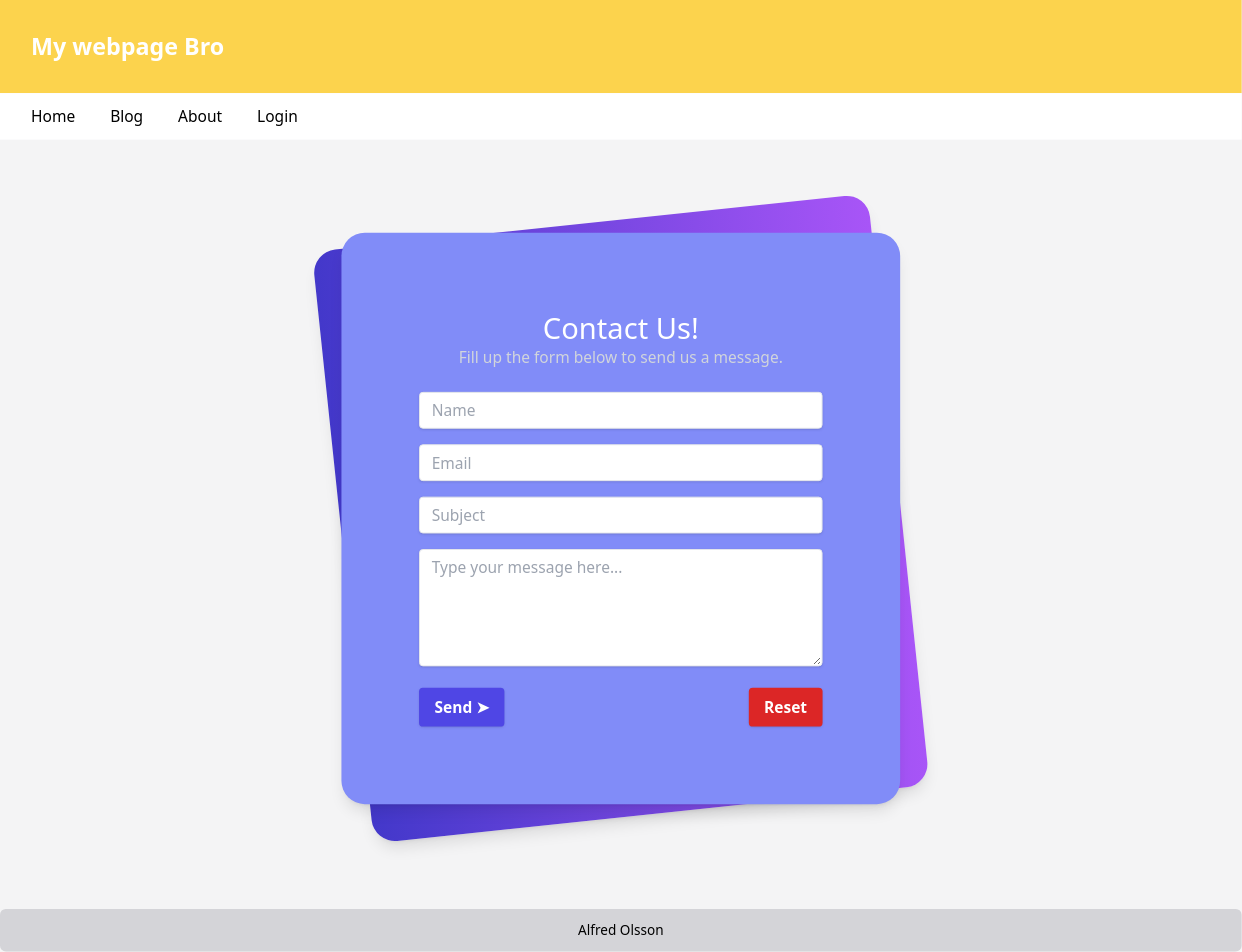
Repository: AlligatorAffe/NextWebsite
Page: /blogpostCreation
These files come from the project's save history. The page is drawn as it stood at one moment and after the next save; the edit follows.
The browser window is 1280 px wide. The pictures show the whole page, at 97% of full size.
The project was rebuilt for these pictures with package versions that can differ from the ones it lists, and the page was loaded fresh each time. The framework's server and built-in components were replaced by stand-ins that run in the browser. Also part of the build but not shown: next.config.js.

Above is the page before, as saved 2024-01-05 14:17:46.

### app/layout.tsx
import './globals.css'
import { Metadata } from 'next'
import Link from 'next/link'
import Footer from '../app/components/footer'
import { title } from 'process'
import Header from '../app/components/header'




export const metadata: Metadata = {
  title: 'My webbpage',
  description: 'Welcome to Next.js',
}

/**
 *
 *
 *
 *
 *
 *

const inter = Inter({ subsets: ['latin'] })

export const metadata: Metadata = {
  title: 'Create Next App',
  description: 'Generated by create next app',
}

export default function RootLayout({
  children,
}: {
  children: React.ReactNode
}) {
  return (
    <html lang="en">
      <body>{children}</body>
    </html>
  )
}

 */

export default function RootLayout({
  // Layouts must accept a children prop.
  // This will be populated with nested layouts or pages
  children,

}: {
  children: React.ReactNode
}) {
  const navLinks = [
    { href: '/', label: 'Home' },
    { href: '/blogpost', label: 'Blog' },
    { href: '/about', label: 'About' },
    { href: '/auth/login', label: 'Login'}
  ];
  return (
    <html lang="en">
      <body className="flex flex-col min-h-screen bg-zinc-100 text-black">
        <div className="flex-grow">
          <Header title="My webpage Bro"/>
          <nav className="bg-white p-3">
            <ul className="flex space-x-4">
              {navLinks.map((link, index) => (
                <li key={index}>
                  <div className="pl-5">
                    <Link href={link.href} >
                      {link.label}
                    </Link>
                  </div>
                </li>
              ))}
            </ul>
          </nav>
          <div className='pt-5 p-8'>
            {children}
          </div>

        </div>
          <Footer title="Alfred Olsson" />
      </body>
    </html>

  )
}

### app/template.tsx



export default function Template({ children }: { children: React.ReactNode }) {
    return <div>{children}</div>
  }

### app/blogpostCreation/page.tsx
'use client'

import { title } from "process"
import React, {useState, useEffect } from "react"
import { collection, addDoc } from 'firebase/firestore'
import Link from "next/link"
import router, { useRouter } from "next/router"


export default function Page(){
  const router = useRouter();
  const handleReset = () => {
    // Navigate to the desired page using the router
    if (typeof window !== 'undefined'){
      router.push('/blogpost');
    }

  }
  const[articleData, setArticleData] = useState([
    { articleId:1,
      userImage:"https://tailwindcss.com/img/jonathan.jpg",
      title:"How to be effective at working remotely?",
      textBody:"ijrgoiejgorejgoergjerogijeogijegoiej ejgoeirgj jgeoijg ioejr oeirgj oegi jegrg",
      textBodyImage:"https://images.pexels.com/photos/461077/pexels-photo-461077.jpeg?auto=compress&amp;cs=tinysrgb&amp;dpr=1&amp;w=500"
    },
    {
      articleId:2,
      userImage:"https://external-content.duckduckgo.com/iu/?u=https%3A%2F%2Ffiles.allers.se%2Fuploads%2F2016%2F05%2Fkatt-ber.jpg&f=1&nofb=1&ipt=59ee8677b35f4fabbe3e782f26cecc9b32c7d02920c776357fadce7be2a269cc&ipo=images",
      title:"How to effectivly destroy everything?",
      textBody:"ijrgoiejgorejgoergjerogijeogijegoiej ejgoeirgj jgeoijg ioejr oeirgj oegi jegrg",
      textBodyImage:"https://external-content.duckduckgo.com/iu/?u=https%3A%2F%2Fresize.prod.docfr.doc-media.fr%2Fimg%2Fvar%2Fdoctissimo%2Fstorage%2Fimages%2Ffr%2Fwww%2Fpsychologie%2Fdictionnaire-des-reves%2Freve-d-explosion%2F3205880-1-fre-FR%2Freve-d-explosion.jpg&f=1&nofb=1&ipt=a45e85f09b177ad74d42140990d7ebbfa541d29099928cc747d4311dc6d7af43&ipo=images"
    },
    {
      articleId:3,
      userImage:"https://external-content.duckduckgo.com/iu/?u=https%3A%2F%2Fwww.vilse.nu%2Fmedia%2F43168%2Fkatt_svartvit__20190612_184638__1001x1001.jpg%3Fwidth%3D748&f=1&nofb=1&ipt=accd15e68505d30696e4caf010a04ea5cdce1fc67b35bf1695ac93f4f9249142&ipo=images",
      title:"How to effectivly destroy everything?",
      textBody:"ijrgoiejgorejgoergjerogijeogijegoiej ejgoeirgj jgeoijg ioejr oeirgj oegi jegrg",
      textBodyImage:"https://external-content.duckduckgo.com/iu/?u=https%3A%2F%2Fresize.prod.docfr.doc-media.fr%2Fimg%2Fvar%2Fdoctissimo%2Fstorage%2Fimages%2Ffr%2Fwww%2Fpsychologie%2Fdictionnaire-des-reves%2Freve-d-explosion%2F3205880-1-fre-FR%2Freve-d-explosion.jpg&f=1&nofb=1&ipt=a45e85f09b177ad74d42140990d7ebbfa541d29099928cc747d4311dc6d7af43&ipo=images"
    }
  ]);
  const [newArticle,setNewArticle] = useState({
    articleId:"",
    userImage:"",
    title:"",
    textBody:"",
    textBodyImage:"",
  })
//Add item to database

  const addItem = async (e) => {
    e.preventDefault()
  }

  // Read item from database


  // delete item from database




  return (
    <div className="max-w-screen-xl mx-auto p-16">
      <div className="sm:grid lg:grid-cols-3 sm:grid-cols-2 gap-10">

    </div>
        <div className="relative py-3 sm:max-w-xl sm:mx-auto">
      <div className="absolute inset-0 bg-gradient-to-r from-indigo-700 to-purple-500 shadow-lg transform -skew-y-6 sm:skew-y-0 sm:-rotate-6 sm:rounded-3xl"></div>
      <div className="text-white relative px-4 py-10 bg-indigo-400 shadow-lg sm:rounded-3xl sm:p-20">
        <div className="text-center pb-6">
          <h1 className="text-3xl">Contact Us!</h1>
          <p className="text-gray-300">Fill up the form below to send us a message.</p>
        </div>

        <form>
  <input
    className="shadow mb-4 appearance-none border rounded w-full py-2 px-3 text-gray-700 leading-tight focus:outline-none focus:shadow-outline"
    type="text"
    placeholder="Name"
    name="name"
  />

  <input
    className="shadow mb-4 appearance-none border rounded w-full py-2 px-3 text-gray-700 leading-tight focus:outline-none focus:shadow-outline"
    type="email"
    placeholder="Email"
    name="email"
  />

  <input
    className="shadow mb-4 appearance-none border rounded w-full py-2 px-3 text-gray-700 leading-tight focus:outline-none focus:shadow-outline"
    type="text"
    placeholder="Subject"
    name="_subject"
  />

  <textarea
    className="shadow mb-4 min-h-0 appearance-none border rounded h-64 w-full py-2 px-3 text-gray-700 leading-tight focus:outline-none focus:shadow-outline"
    placeholder="Type your message here..."
    name="message"
    style={{ height: "121px" }}
  ></textarea>

  <div className="flex justify-between">
    <input
      className="shadow bg-indigo-600 hover:bg-indigo-700 text-white font-bold py-2 px-4 rounded focus:outline-none focus:shadow-outline"
      type="submit"
      value="Send ➤"
    />
    <input
      className="shadow bg-red-600 hover:bg-red-700 text-white font-bold py-2 px-4 rounded focus:outline-none focus:shadow-outline"
      type="reset"
      onClick={handleReset}/>
  </div>
</form>
      </div>
    </div>
  </div>

  )
}

### app/components/footer.tsx


type Props = {
  title: string,
}

export default function Footer({title}: Props){
  return (
    <footer className="bg-zinc-300 rounded-md p-3">
      <h3 className="text-black text-center text-sm font-medium">{title}</h3>
    </footer>

  )
}

### app/components/header.tsx
import { title } from "process";

type Props = {
  title: string,
}



export default function Header({title}: Props){
  return (
    <header className="bg-amber-300 p-8">
      <h1 className="text-2xl font-bold text-white">{title}</h1>
    </header>
  )

}

Loaded but not shown: app/globals.css (common file); tailwind.config.ts (common file)

After the next save:
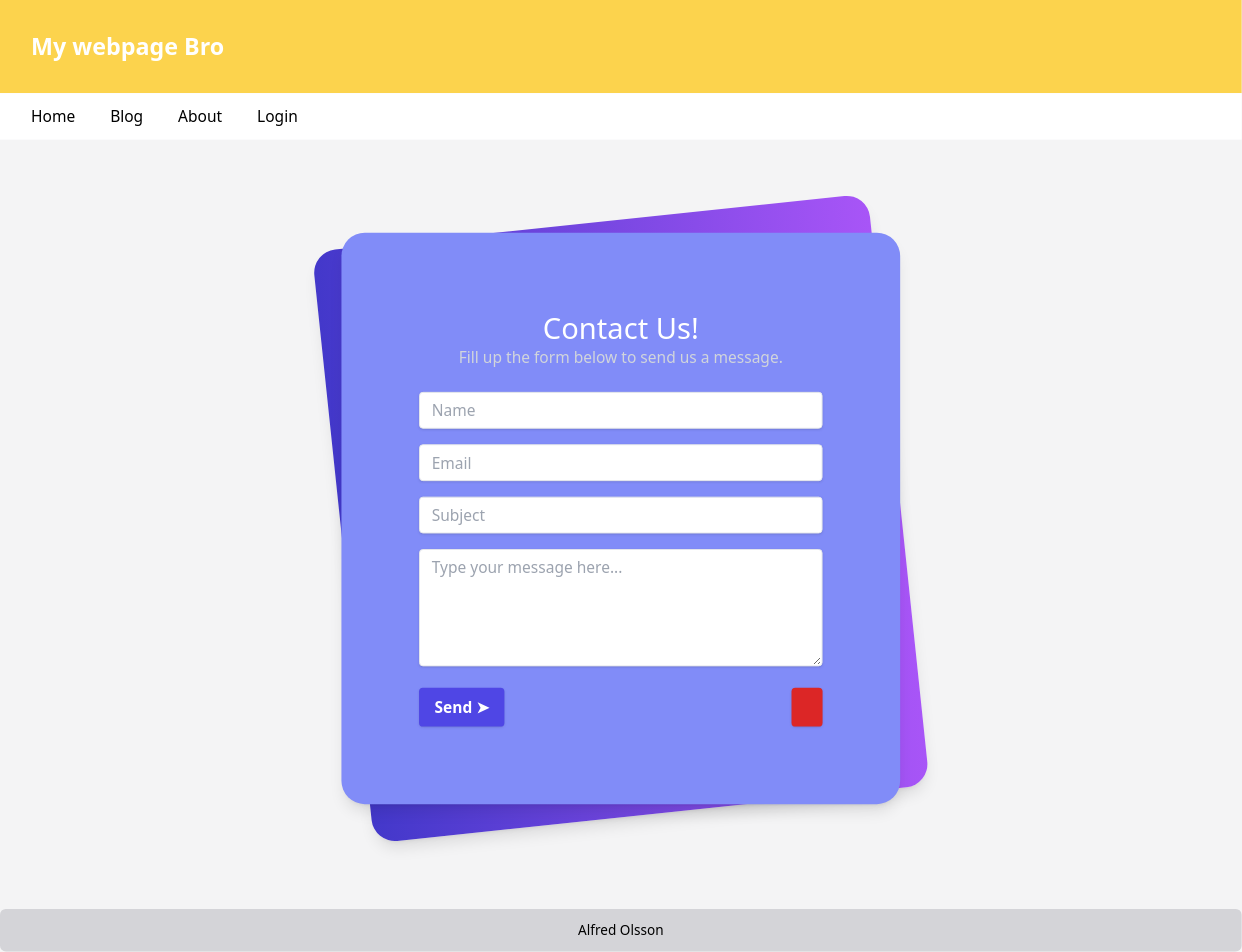
Saved 36 min 55 s later.
--- a/app/blogpostCreation/page.tsx
+++ b/app/blogpostCreation/page.tsx
@@ -107,10 +107,10 @@ export default function Page(){
       type="submit"
       value="Send ➤"
     />
-    <input
+    <a
       className="shadow bg-red-600 hover:bg-red-700 text-white font-bold py-2 px-4 rounded focus:outline-none focus:shadow-outline"
       type="reset"
-      onClick={handleReset}/>
+      onClick={(e) => handleReset(e, "/blogpost")}/>
   </div>
 </form>
       </div>
